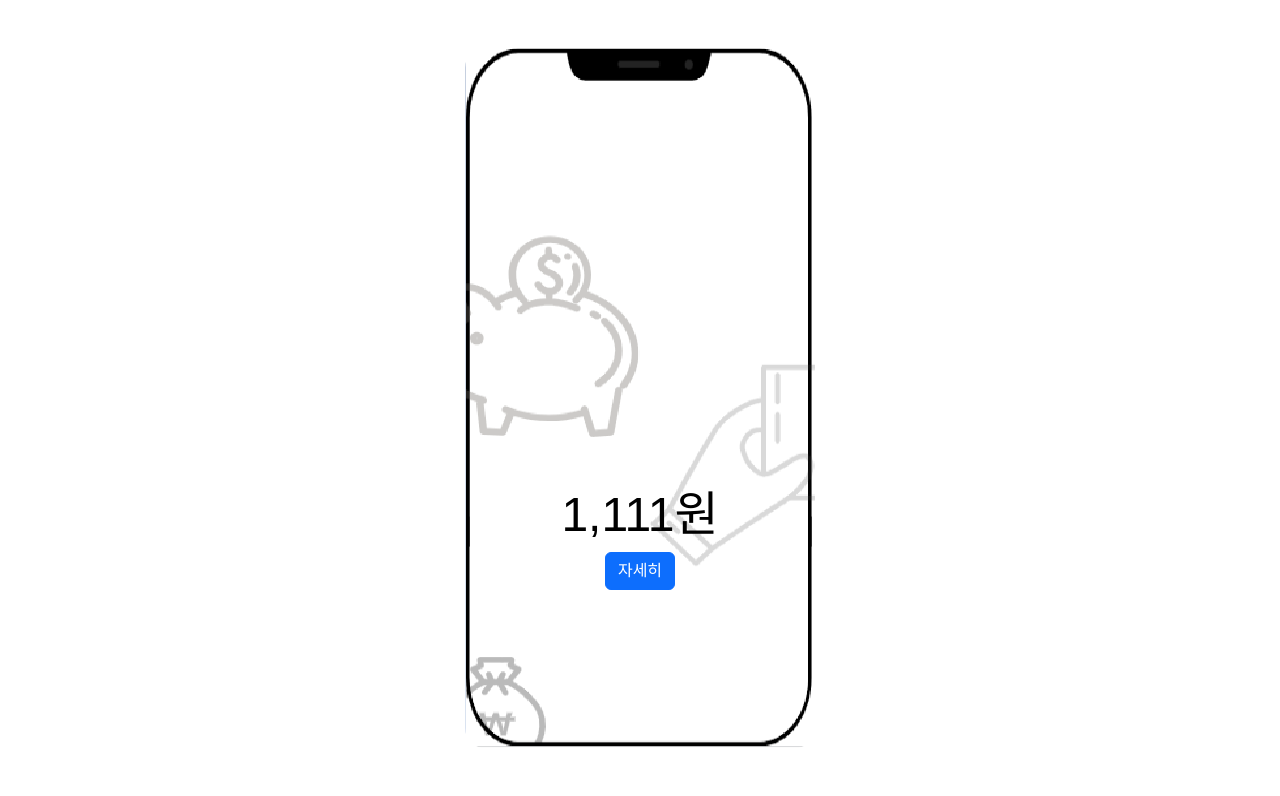
Repository: kimSummerrain/KairosHackathon
Page: venvs/karios/templates/startscreen.html
The author's editor kept a copy of each file at every save. The page is drawn from the files as they stood at one save, then again after the next save.
The browser window is 1280 px wide. The pictures show the whole page.

Above is the page before, as saved 2024-02-26 18:23:01.

### venvs/karios/templates/startscreen.html
<!DOCTYPE html>
<html lang="en">

<head>
    <meta charset="UTF-8">
    <meta name="viewport" content="width=device-width, initial-scale=1.0">
    <title>Document</title>
    <link href="https://cdn.jsdelivr.net/npm/bootstrap@5.3.3/dist/css/bootstrap.min.css" rel="stylesheet"
        integrity="sha384-QWTKZyjpPEjISv5WaRU9OFeRpok6YctnYmDr5pNlyT2bRjXh0JMhjY6hW+ALEwIH" crossorigin="anonymous">
    <script src="https://cdn.jsdelivr.net/npm/bootstrap@5.3.3/dist/js/bootstrap.bundle.min.js"
        integrity="sha384-YvpcrYf0tY3lHB60NNkmXc5s9fDVZLESaAA55NDzOxhy9GkcIdslK1eN7N6jIeHz"
        crossorigin="anonymous"></script>
    <link href="static/css/main-style.css" rel="stylesheet" />
</head>

<body>
    <div class="container-fluid p-5 bg-white text-black text-center ">
        <div class="container-img">
            <img src="smartphone.png" alt="">
            <div class="text-overlay">
                <p id="date"></p>
                <h1 id="time"></h1>
                <h1 class="margin-top"></h1>
                <h5 id="month"></h5>
                <h2>1,111원</h2>
                <button class="btn btn-primary">자세히</button>
            </div>
        </div>

    </div>
</body>

</html>

### venvs/karios/static/css/main-style.css
html,
body {
    margin: 0;
    padding: 0;
    font-family: Arial, Helvetica Neue, Helvetica, sans-serif;
}

#calendar {
    max-width: 1100px;
    margin: 40px auto;
}

a.fc-daygrid-day-number {
    color: black;
    text-decoration: none;
}

a.fc-col-header-cell-cushion {
    color: black;
    text-decoration: none;
}

.navbar-nav .nav-link {
    font-size: 18px;
}

.rounded-rectangle {
    width: 340px;
    /* 직사각형의 너비 */
    height: 210px;
    /* 직사각형의 높이 */
    background-color: #ffffff;
    /* 배경색 */
    border-radius: 20px;
    /* 꼭짓점을 둥글게 하는 정도 */
    margin: 0px auto 0;
    /* rectangle과 겹치도록 마진 조정 */
    padding: 20px;
    /* 내부 여백 */
    text-align: center;
    /* 내용을 가운데 정렬 */
    border: 2px solid #333;
    /* 테두리의 두께와 색상 */
    position: relative;
    /* 포지션을 상대위치로 설정하여 겹치게 함 */
    /* z-index: -1; */
    /* 겹치는 요소의 순서를 지정 */
}



.text-start {
    font-size: 24px;
}

.text-second {
    font-size: 15px;
}

/* 이미지 스타일 */
.container-img {
    position: relative;
    /* 상대 위치 지정 */
    display: inline-block;
    /* 인라인 블록 요소로 지정하여 텍스트와 이미지를 함께 표시 */
}

.container-img img {
    width: 350px;
    /* 이미지 너비 350px로 고정 */
    height: 700px;
    /* 이미지 높이 750px로 고정 */
    border-radius: 20px;
    /* 둥근 모서리 적용 */
}

.text-overlay {
    position: absolute;
    /* 절대 위치 지정 */
    top: 0;
    /* 위에서부터 위치 지정 */
    left: 0;
    /* 왼쪽에서부터 위치 지정 */
    width: 100%;
    /* 부모 요소의 너비와 동일하게 지정 */
    height: 100%;
    /* 부모 요소의 높이와 동일하게 지정 */
    display: flex;
    /* Flexbox 사용하여 내부 요소를 가로로 정렬 */
    flex-direction: column;
    /* 세로 방향으로 요소 정렬 */
    justify-content: center;
    /* 수직 가운데 정렬 */
    align-items: center;
    /* 수평 가운데 정렬 */
}

h1 {
    font-size: 5em;
}

h2 {
    font-size: 3em;
}

.margin-top {
    margin-top: 240px;
}

After the next save:
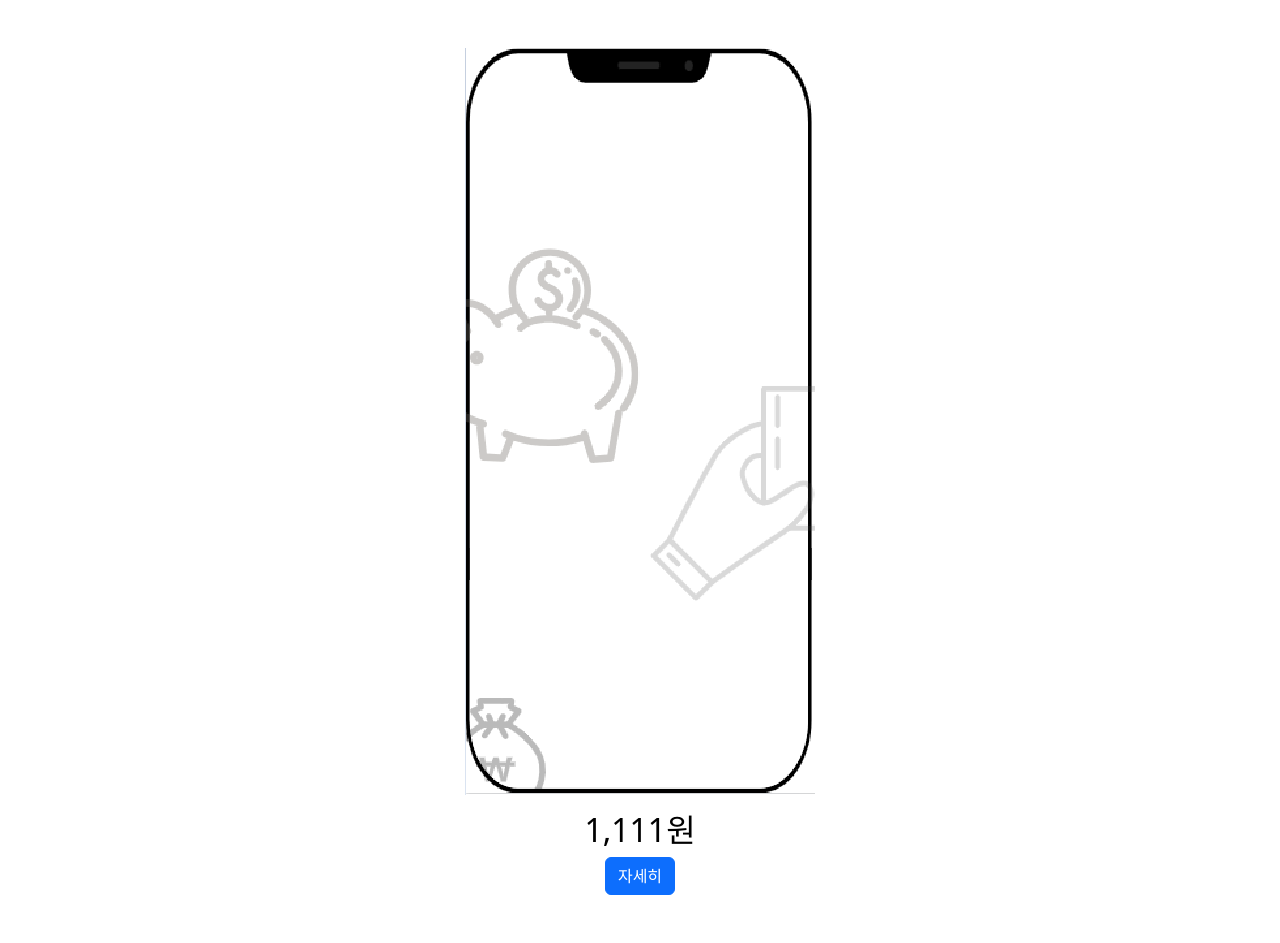
Saved 108 s later.
--- a/venvs/karios/templates/startscreen.html
+++ b/venvs/karios/templates/startscreen.html
@@ -10,7 +10,6 @@
     <script src="https://cdn.jsdelivr.net/npm/bootstrap@5.3.3/dist/js/bootstrap.bundle.min.js"
         integrity="sha384-YvpcrYf0tY3lHB60NNkmXc5s9fDVZLESaAA55NDzOxhy9GkcIdslK1eN7N6jIeHz"
         crossorigin="anonymous"></script>
-    <link href="static/css/main-style.css" rel="stylesheet" />
 </head>
 
 <body>
